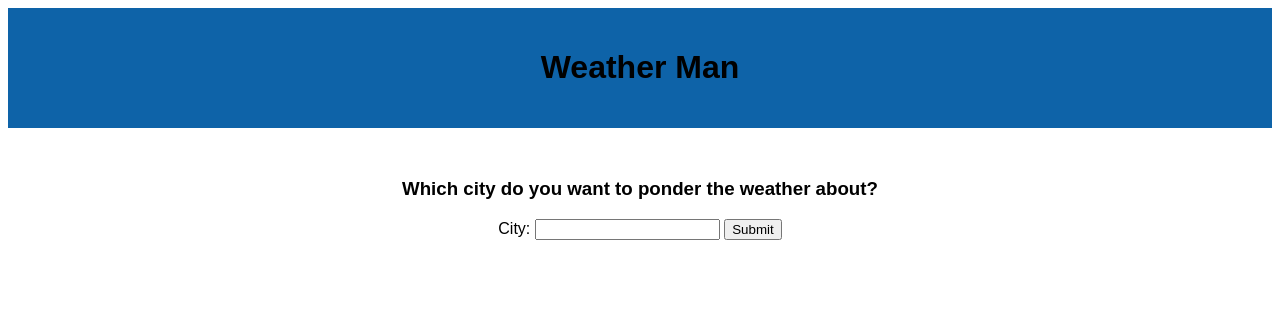
Repository: zackaroo20/Web-Assignment4-API
Page: index.html
The author's editor kept a copy of each file at every save. The page is drawn from the files as they stood at one save, then again after the next save.
The browser window is 1280 px wide. The pictures show the whole page.

Above is the page before, as saved 2026-11-14 20:13:02.

After the next save:
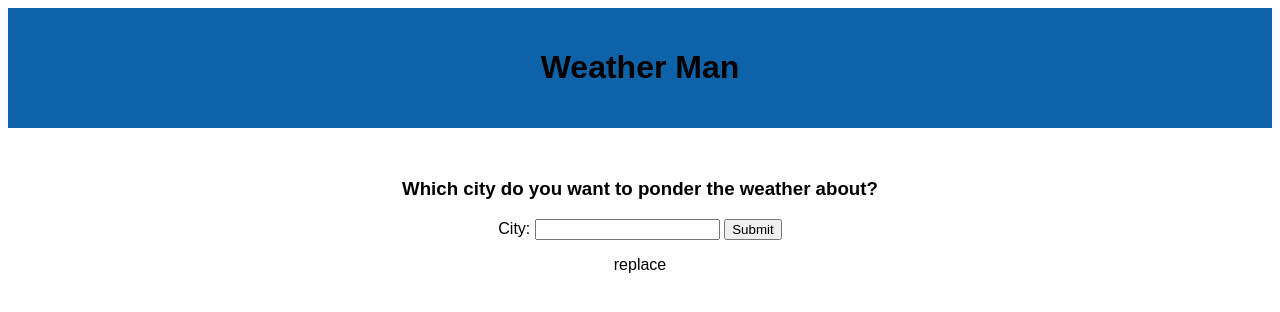
Saved 3 min 51 s later.
--- a/index.html
+++ b/index.html
@@ -21,7 +21,7 @@
         <input type="submit">
     </form>
 
-
+    <p id="response">replace</p>
 
     <script src="Brains.js"></script>
 
